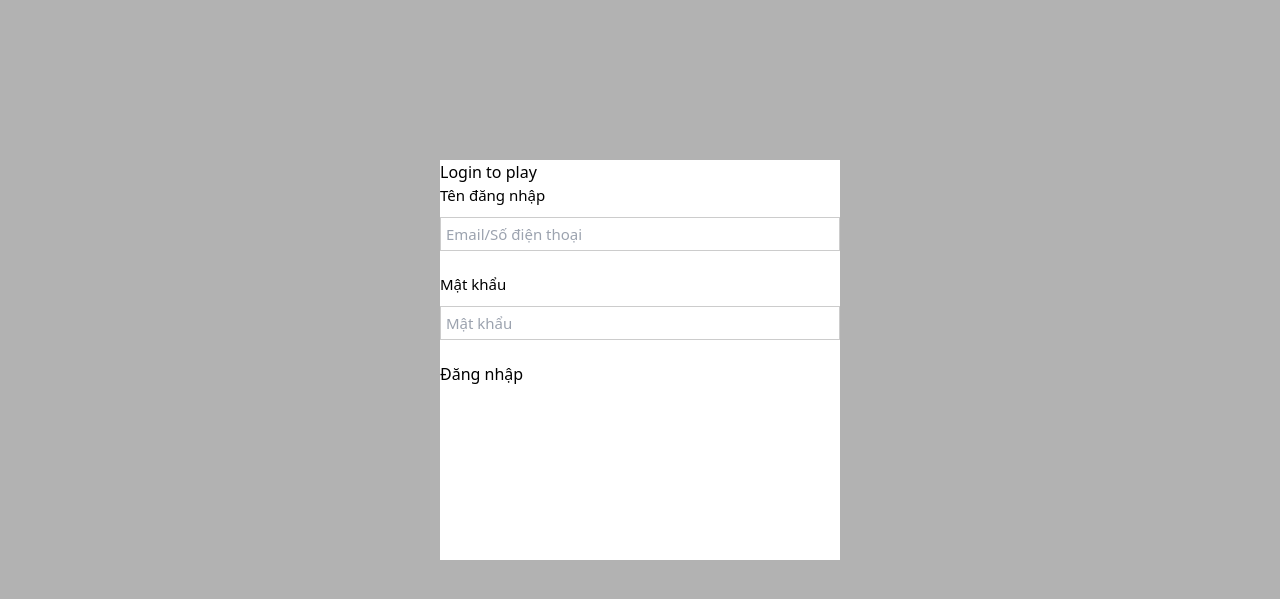
Repository: Teddy1705/demo_pj
Page: /
An editor plug-in stored every save of this project. The page is shown before and after the next save, followed by the edit.
The browser window is 1280 px wide. The pictures show the whole page.
The project was rebuilt for these pictures with package versions that can differ from the ones it lists, and the page was loaded fresh each time. Also part of the build but not shown: vite.config.js.

Above is the page before, as saved 2024-04-16 09:48:48.

### index.html
<!DOCTYPE html>
<html lang="en">
  <head>
    <meta charset="UTF-8" />
    <link rel="icon" type="image/svg+xml" href="/vite.svg" />
    <meta name="viewport" content="width=device-width, initial-scale=1.0" />
    <title>Tic Tac Toe</title>
    <link rel="stylesheet" href="./src/index.css" />
  </head>
  <body>
    <div id="root"></div>
    <script type="module" src="/src/main.jsx"></script>
  </body>
</html>

### src/index.css
:root {
  --white-color: #fff;
  --black-color: #000;
}

/*
1. Prevent padding and border from affecting element width. (https://github.com/mozdevs/cssremedy/issues/4)
2. Allow adding a border to an element by just adding a border-width. (https://github.com/tailwindcss/tailwindcss/pull/116)
*/

*,
::before,
::after {
  box-sizing: border-box;
  /* 1 */
  border-width: 0;
  /* 2 */
  border-style: solid;
  /* 2 */
  border-color: #e5e7eb;
  /* 2 */
}

::before,
::after {
  --tw-content: "";
}

/*
1. Use a consistent sensible line-height in all browsers.
2. Prevent adjustments of font size after orientation changes in iOS.
3. Use a more readable tab size.
4. Use the user's configured `sans` font-family by default.
5. Use the user's configured `sans` font-feature-settings by default.
6. Use the user's configured `sans` font-variation-settings by default.
7. Disable tap highlights on iOS
*/

html,
:host {
  line-height: 1.5;
  /* 1 */
  -webkit-text-size-adjust: 100%;
  /* 2 */
  -moz-tab-size: 4;
  /* 3 */
  -o-tab-size: 4;
  tab-size: 4;
  /* 3 */
  font-family: ui-sans-serif, system-ui, sans-serif, "Apple Color Emoji",
    "Segoe UI Emoji", "Segoe UI Symbol", "Noto Color Emoji";
  /* 4 */
  font-feature-settings: normal;
  /* 5 */
  font-variation-settings: normal;
  /* 6 */
  -webkit-tap-highlight-color: transparent;
  /* 7 */
}

/*
1. Remove the margin in all browsers.
2. Inherit line-height from `html` so users can set them as a class directly on the `html` element.
*/

body {
  margin: 0;
  /* 1 */
  line-height: inherit;
  /* 2 */
}

/*
1. Add the correct height in Firefox.
2. Correct the inheritance of border color in Firefox. (https://bugzilla.mozilla.org/show_bug.cgi?id=190655)
3. Ensure horizontal rules are visible by default.
*/

hr {
  height: 0;
  /* 1 */
  color: inherit;
  /* 2 */
  border-top-width: 1px;
  /* 3 */
}

/*
Add the correct text decoration in Chrome, Edge, and Safari.
*/

abbr:where([title]) {
  -webkit-text-decoration: underline dotted;
  text-decoration: underline dotted;
}

/*
Remove the default font size and weight for headings.
*/

h1,
h2,
h3,
h4,
h5,
h6 {
  font-size: inherit;
  font-weight: inherit;
}

/*
Reset links to optimize for opt-in styling instead of opt-out.
*/

a {
  color: inherit;
  text-decoration: inherit;
}

/*
Add the correct font weight in Edge and Safari.
*/

b,
strong {
  font-weight: bolder;
}

/*
1. Use the user's configured `mono` font-family by default.
2. Use the user's configured `mono` font-feature-settings by default.
3. Use the user's configured `mono` font-variation-settings by default.
4. Correct the odd `em` font sizing in all browsers.
*/

code,
kbd,
samp,
pre {
  font-family: ui-monospace, SFMono-Regular, Menlo, Monaco, Consolas,
    "Liberation Mono", "Courier New", monospace;
  /* 1 */
  font-feature-settings: normal;
  /* 2 */
  font-variation-settings: normal;
  /* 3 */
  font-size: 1em;
  /* 4 */
}

/*
Add the correct font size in all browsers.
*/

small {
  font-size: 80%;
}

/*
Prevent `sub` and `sup` elements from affecting the line height in all browsers.
*/

sub,
sup {
  font-size: 75%;
  line-height: 0;
  position: relative;
  vertical-align: baseline;
}

sub {
  bottom: -0.25em;
}

sup {
  top: -0.5em;
}

/*
1. Remove text indentation from table contents in Chrome and Safari. (https://bugs.chromium.org/p/chromium/issues/detail?id=999088, https://bugs.webkit.org/show_bug.cgi?id=201297)
2. Correct table border color inheritance in all Chrome and Safari. (https://bugs.chromium.org/p/chromium/issues/detail?id=935729, https://bugs.webkit.org/show_bug.cgi?id=195016)
3. Remove gaps between table borders by default.
*/

table {
  text-indent: 0;
  /* 1 */
  border-color: inherit;
  /* 2 */
  border-collapse: collapse;
  /* 3 */
}

/*
1. Change the font styles in all browsers.
2. Remove the margin in Firefox and Safari.
3. Remove default padding in all browsers.
*/

button,
input,
optgroup,
select,
textarea {
  font-family: inherit;
  /* 1 */
  font-feature-settings: inherit;
  /* 1 */
  font-variation-settings: inherit;
  /* 1 */
  font-size: 100%;
  /* 1 */
  font-weight: inherit;
  /* 1 */
  line-height: inherit;
  /* 1 */
  letter-spacing: inherit;
  /* 1 */
  color: inherit;
  /* 1 */
  margin: 0;
  /* 2 */
  padding: 0;
  /* 3 */
}

/*
Remove the inheritance of text transform in Edge and Firefox.
*/

button,
select {
  text-transform: none;
}

/*
1. Correct the inability to style clickable types in iOS and Safari.
2. Remove default button styles.
*/

button,
input:where([type="button"]),
input:where([type="reset"]),
input:where([type="submit"]) {
  -webkit-appearance: button;
  /* 1 */
  background-color: transparent;
  /* 2 */
  background-image: none;
  /* 2 */
}

/*
Use the modern Firefox focus style for all focusable elements.
*/

:-moz-focusring {
  outline: auto;
}

/*
Remove the additional `:invalid` styles in Firefox. (https://github.com/mozilla/gecko-dev/blob/2f9eacd9d3d995c937b4251a5557d95d494c9be1/layout/style/res/forms.css#L728-L737)
*/

:-moz-ui-invalid {
  box-shadow: none;
}

/*
Add the correct vertical alignment in Chrome and Firefox.
*/

progress {
  vertical-align: baseline;
}

/*
Correct the cursor style of increment and decrement buttons in Safari.
*/

::-webkit-inner-spin-button,
::-webkit-outer-spin-button {
  height: auto;
}

/*
1. Correct the odd appearance in Chrome and Safari.
2. Correct the outline style in Safari.
*/

[type="search"] {
  -webkit-appearance: textfield;
  /* 1 */
  outline-offset: -2px;
  /* 2 */
}

/*
Remove the inner padding in Chrome and Safari on macOS.
*/

::-webkit-search-decoration {
  -webkit-appearance: none;
}

/*
1. Correct the inability to style clickable types in iOS and Safari.
2. Change font properties to `inherit` in Safari.
*/

::-webkit-file-upload-button {
  -webkit-appearance: button;
  /* 1 */
  font: inherit;
  /* 2 */
}

/*
Add the correct display in Chrome and Safari.
*/

summary {
  display: list-item;
}

/*
Removes the default spacing and border for appropriate elements.
*/

blockquote,
dl,
dd,
h1,
h2,
h3,
h4,
h5,
h6,
hr,
figure,
p,
pre {
  margin: 0;
}

fieldset {
  margin: 0;
  padding: 0;
}

legend {
  padding: 0;
}

ol,
ul,
menu {
  list-style: none;
  margin: 0;
  padding: 0;
}

/*
Reset default styling for dialogs.
*/

dialog {
  padding: 0;
}

/*
Prevent resizing textareas horizontally by default.
*/

textarea {
  resize: vertical;
}

/*
1. Reset the default placeholder opacity in Firefox. (https://github.com/tailwindlabs/tailwindcss/issues/3300)
2. Set the default placeholder color to the user's configured gray 400 color.
*/

input::-moz-placeholder,
textarea::-moz-placeholder {
  opacity: 1;
  /* 1 */
  color: #9ca3af;
  /* 2 */
}

input::placeholder,
textarea::placeholder {
  opacity: 1;
  /* 1 */
  color: #9ca3af;
  /* 2 */
}

/*
Set the default cursor for buttons.
*/

button,
[role="button"] {
  cursor: pointer;
}

/*
Make sure disabled buttons don't get the pointer cursor.
*/

:disabled {
  cursor: default;
}

/*
1. Make replaced elements `display: block` by default. (https://github.com/mozdevs/cssremedy/issues/14)
2. Add `vertical-align: middle` to align replaced elements more sensibly by default. (https://github.com/jensimmons/cssremedy/issues/14#issuecomment-634934210)
   This can trigger a poorly considered lint error in some tools but is included by design.
*/

img,
svg,
video,
canvas,
audio,
iframe,
embed,
object {
  display: block;
  /* 1 */
  vertical-align: middle;
  /* 2 */
}

/*
Constrain images and videos to the parent width and preserve their intrinsic aspect ratio. (https://github.com/mozdevs/cssremedy/issues/14)
*/

img,
video {
  max-width: 100%;
  height: auto;
}

/* Make elements with the HTML hidden attribute stay hidden by default */

[hidden] {
  display: none;
}

*,
::before,
::after {
  --tw-border-spacing-x: 0;
  --tw-border-spacing-y: 0;
  --tw-translate-x: 0;
  --tw-translate-y: 0;
  --tw-rotate: 0;
  --tw-skew-x: 0;
  --tw-skew-y: 0;
  --tw-scale-x: 1;
  --tw-scale-y: 1;
  --tw-pan-x: ;
  --tw-pan-y: ;
  --tw-pinch-zoom: ;
  --tw-scroll-snap-strictness: proximity;
  --tw-gradient-from-position: ;
  --tw-gradient-via-position: ;
  --tw-gradient-to-position: ;
  --tw-ordinal: ;
  --tw-slashed-zero: ;
  --tw-numeric-figure: ;
  --tw-numeric-spacing: ;
  --tw-numeric-fraction: ;
  --tw-ring-inset: ;
  --tw-ring-offset-width: 0px;
  --tw-ring-offset-color: #fff;
  --tw-ring-color: rgb(59 130 246 / 0.5);
  --tw-ring-offset-shadow: 0 0 #0000;
  --tw-ring-shadow: 0 0 #0000;
  --tw-shadow: 0 0 #0000;
  --tw-shadow-colored: 0 0 #0000;
  --tw-blur: ;
  --tw-brightness: ;
  --tw-contrast: ;
  --tw-grayscale: ;
  --tw-hue-rotate: ;
  --tw-invert: ;
  --tw-saturate: ;
  --tw-sepia: ;
  --tw-drop-shadow: ;
  --tw-backdrop-blur: ;
  --tw-backdrop-brightness: ;
  --tw-backdrop-contrast: ;
  --tw-backdrop-grayscale: ;
  --tw-backdrop-hue-rotate: ;
  --tw-backdrop-invert: ;
  --tw-backdrop-opacity: ;
  --tw-backdrop-saturate: ;
  --tw-backdrop-sepia: ;
  --tw-contain-size: ;
  --tw-contain-layout: ;
  --tw-contain-paint: ;
  --tw-contain-style: ;
}

::backdrop {
  --tw-border-spacing-x: 0;
  --tw-border-spacing-y: 0;
  --tw-translate-x: 0;
  --tw-translate-y: 0;
  --tw-rotate: 0;
  --tw-skew-x: 0;
  --tw-skew-y: 0;
  --tw-scale-x: 1;
  --tw-scale-y: 1;
  --tw-pan-x: ;
  --tw-pan-y: ;
  --tw-pinch-zoom: ;
  --tw-scroll-snap-strictness: proximity;
  --tw-gradient-from-position: ;
  --tw-gradient-via-position: ;
  --tw-gradient-to-position: ;
  --tw-ordinal: ;
  --tw-slashed-zero: ;
  --tw-numeric-figure: ;
  --tw-numeric-spacing: ;
  --tw-numeric-fraction: ;
  --tw-ring-inset: ;
  --tw-ring-offset-width: 0px;
  --tw-ring-offset-color: #fff;
  --tw-ring-color: rgb(59 130 246 / 0.5);
  --tw-ring-offset-shadow: 0 0 #0000;
  --tw-ring-shadow: 0 0 #0000;
  --tw-shadow: 0 0 #0000;
  --tw-shadow-colored: 0 0 #0000;
  --tw-blur: ;
  --tw-brightness: ;
  --tw-contrast: ;
  --tw-grayscale: ;
  --tw-hue-rotate: ;
  --tw-invert: ;
  --tw-saturate: ;
  --tw-sepia: ;
  --tw-drop-shadow: ;
  --tw-backdrop-blur: ;
  --tw-backdrop-brightness: ;
  --tw-backdrop-contrast: ;
  --tw-backdrop-grayscale: ;
  --tw-backdrop-hue-rotate: ;
  --tw-backdrop-invert: ;
  --tw-backdrop-opacity: ;
  --tw-backdrop-saturate: ;
  --tw-backdrop-sepia: ;
  --tw-contain-size: ;
  --tw-contain-layout: ;
  --tw-contain-paint: ;
  --tw-contain-style: ;
}

#modal {
  position: fixed;
  top: 0;
  right: 0;
  bottom: 0;
  left: 0;
  display: flex;
  align-items: center;
  justify-content: center;
}

#modal .modal__overlay {
  position: absolute;
  width: 100%;
  height: 100%;
  background-color: rgba(0, 0, 0, 0.3);
}

#modal .modal__body {
  position: relative;
  background-color: var(--white-color);
  margin: auto;
  width: 400px;
  height: 400px;
}

.auth-form {
}

.auth-form__container {
}

.auth-form__header {
}

.auth-form__heading {
}

.auth-form__info {
}

.auth-form__info-details {
}

.auth-form__label {
  display: block;
  font-size: 15px;
}

.auth-form__info-input {
  border: 1px solid #ccc;
  width: 100%;
  font-size: 15px;
  padding: 5px;
  margin: 10px 0 22px;
}

.auth-form__btn {
}

### src/main.jsx
import React from "react";
import ReactDOM from "react-dom/client";
import App from "./App.jsx";
import { createBrowserRouter, RouterProvider } from "react-router-dom";
import Root from "./routes/root";
import "./index.css";

const router = createBrowserRouter([
  {
    path: "/",
    element: <Root />,
  },
]);

ReactDOM.createRoot(document.getElementById("root")).render(
  <React.StrictMode>
    <RouterProvider router={router} />
    <App />
  </React.StrictMode>
);

### src/routes/root.jsx
export default function Root() {
  return (
    <>
      <div id="modal">
        <div className="modal__overlay"></div>
        <div className="modal__body">
          <div className="auth-form">
            <div className="auth-form__container">
              <div className="auth-form__header">
                <h1 className="auth-form__heading">Login to play</h1>
              </div>
              <div className="auth-form__info">
                <div className="auth-form__info-details">
                  <label htmlFor="" className="auth-form__label">
                    Tên đăng nhập
                  </label>
                  <input
                    type="text"
                    className="auth-form__info-input"
                    placeholder="Email/Số điện thoại"
                  />
                </div>
                <div className="auth-form__info-details">
                  <label htmlFor="" className="auth-form__label">
                    Mật khẩu
                  </label>
                  <input
                    type="password"
                    className="auth-form__info-input"
                    placeholder="Mật khẩu"
                  />
                </div>
              </div>
              <div className="auth-form__btn">
                <a
                  href={`https://codesandbox.io/s/q2z497?file=%2Fsrc%2FApp.js&utm_medium=sandpack`}
                  className=""
                >
                  Đăng nhập
                </a>
              </div>
            </div>
          </div>
        </div>
      </div>
      <div id="detail"></div>
    </>
  );
}

Loaded but not shown: src/App.jsx (common file)

After the next save:
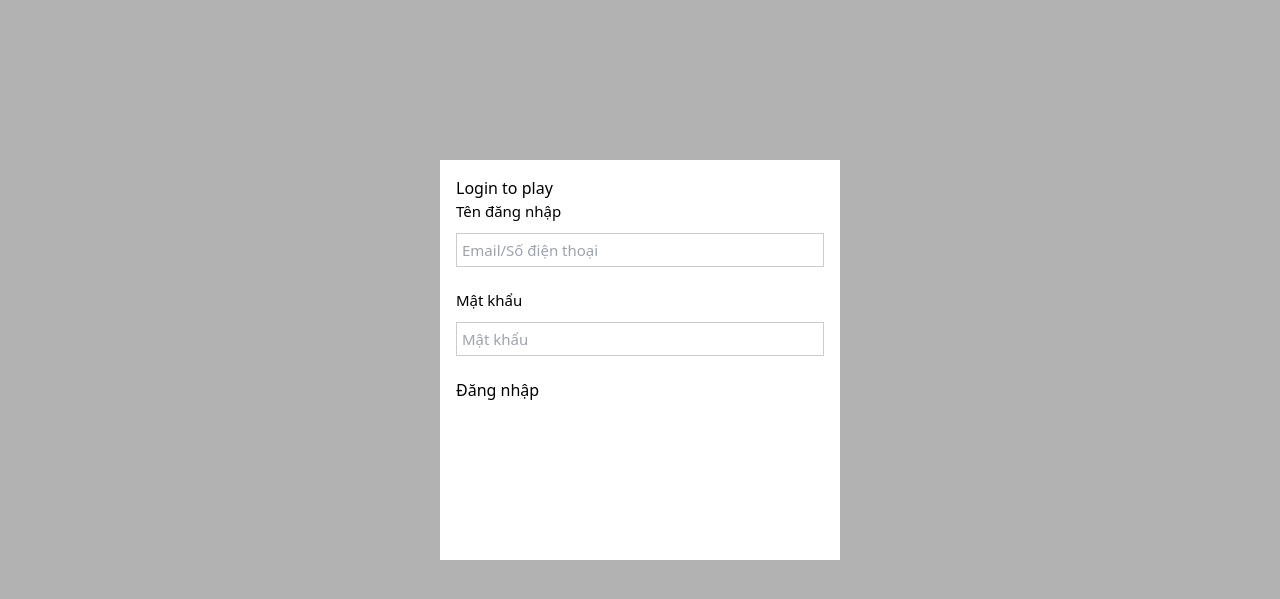
Saved 61 s later.
--- a/src/index.css
+++ b/src/index.css
@@ -584,6 +584,7 @@ video {
   margin: auto;
   width: 400px;
   height: 400px;
+  padding: 16px;
 }
 
 .auth-form {
